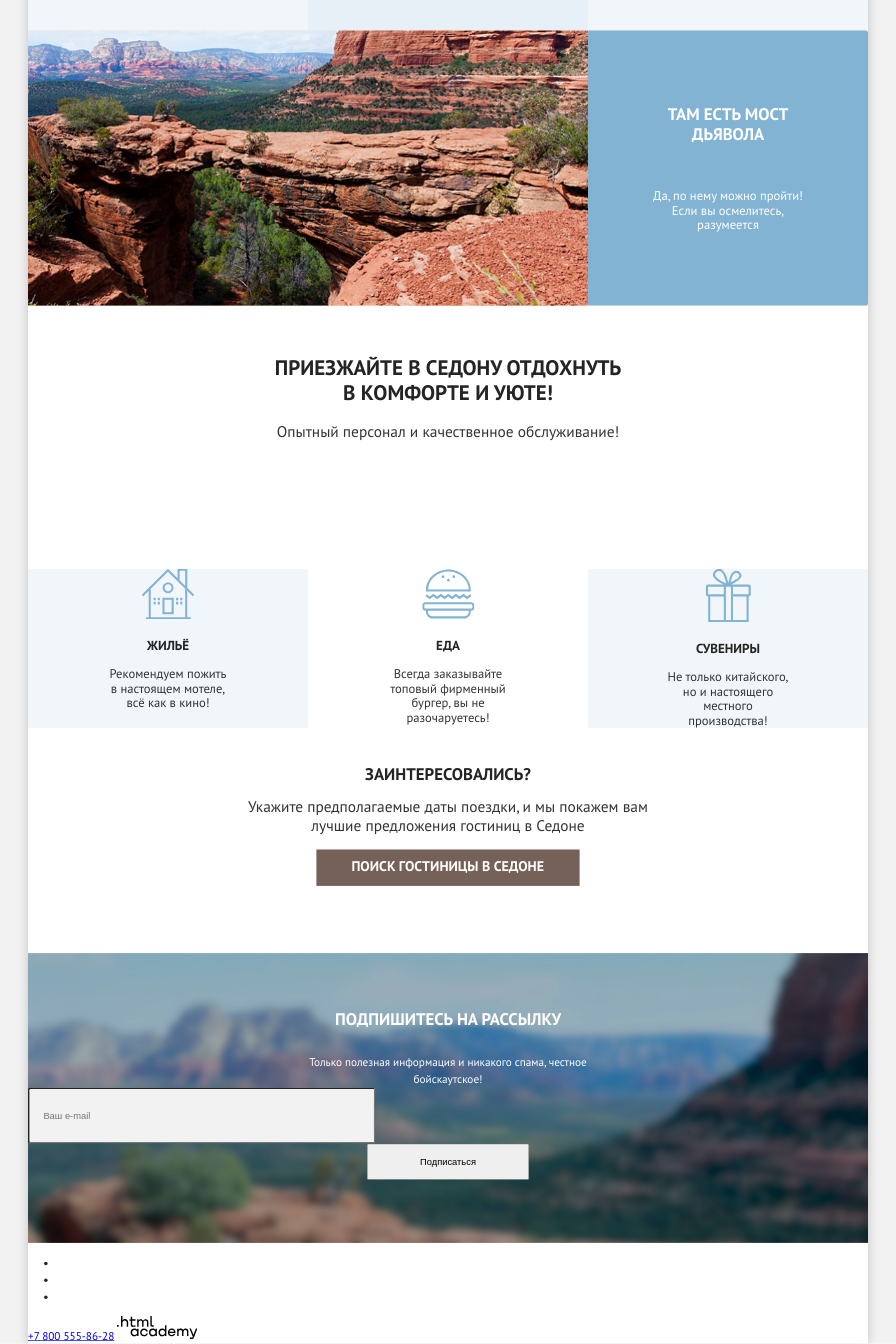
Repository: zakhgagne/2512253-sedona-1
Page: index.html
An editor plug-in stored every save of this project. The page is shown before and after the next save, followed by the edit.
The browser window is 1280 px wide. The pictures show the part of the page from y = 1551 to 3471 px (the page is 3471 px tall), at 70% of full size.

Above is the page before, as saved 2024-05-11 20:28:28.

### index.html
<!DOCTYPE html>
<html lang="ru">

  <head>
    <meta charset="utf-8">
    <title>Сайт города Седона</title>
    <link rel="stylesheet" href="styles/styles.css">
  </head>

  <body>
    <div class="container">
      <header class="header">
        <a class="logo-link" href="#">
          <img class="logo-image" src="./images/logo.svg" alt="Любимая Седона" width="" height="">
        </a>
        <nav class="navigation">
          <ul class="main-menu">
            <li class="menu-item">
              <a href="./index.html" class="menu-link">Главная</a>
            </li>
            <li class="menu-item">
              <a href="#" class="menu-link">О Седоне</a>
            </li>
            <li class="menu-item">
              <a href="./catalog.html" class="menu-link">Гостиницы</a>
            </li>
          </ul>
          <ul class="user-menu">
            <li class="user-menu-item">
              <a href="#" class="user-menu-link">
                <span class="visually-hidden">Поиск</span>
              </a>
            </li>
            <li class="user-menu-item">
              <a href="#" class="user-menu-link">
                <span class="visually-hidden">Избранное</span>
                <span class="like-number">12</span>
              </a>
            </li>
            <li class="user-menu-item">
              <a href="#" class="user-menu-link">Хочу сюда!</a>
            </li>
          </ul>
        </nav>
      </header>
      <main class="main-container">
        <h1 class="visually-hidden">Cайт города Седона</h1>
        <section class="welcome">
          <h2 class="visually-hidden">Приглашение</h2>
          <img src="./images/welcome.svg" class="welcome-image" width="" height="" alt="Welcome">
        </section>

        <section class="city">
          <h2 class="city-title">Седона — небольшой городок в Аризоне, заслуживающий большего!</h2>
          <p class="city-subtitle">Рассмотрим причины, по которым Седона круче, чем Гранд-Каньон!</p>

          <ul class="reason-list">
            <li class="reason-item reason-item-special">
              <div class="reason-container">
                <h3 class="reason-title">Настоящий городок</h3>
                <p class="reason-text">Седона — не аттракцион для туристов, там течёт своя жизнь</p>
              </div>
              <img src="./images/photo-1.jpg" class="reason-image" width="" height="">
            </li>
            <li class="reason-item">
              <div class="reason-container">
                <h3 class="reason-title">Небольшая площадь</h3>
                <p class="reason-text">Все достопримечательности находятся очень близко</p>
              </div>
            </li>
            <li class="reason-item">
              <div class="reason-container">
                <h3 class="reason-title">Красивая дорога</h3>
                <p class="reason-text">Ехать в Седону из Лас-Вегаса совсем не скучно!</p>
              </div>
            </li>
            <li class="reason-item">
              <div class="reason-container">
                <h3 class="reason-title">Мало туристов</h3>
                <p class="reason-text">Большинство едет в Гранд Каньон и толпится там</p>
              </div>
            </li>
            <li class="reason-item reason-item-special">
              <img src="./images/photo-2.jpg" class="reason-image" width="" height="">
              <div class="reason-container">
                <h3 class="reason-title">Там есть мост дьявола</h3>
                <p class="reason-text">Да, по нему можно пройти! Если вы осмелитесь, разумеется</p>
              </div>
            </li>
          </ul>
        </section>

        <section class="city-welcome">
          <h2 class="desription">Приезжайте в Седону отдохнуть в комфорте и уюте!</h2>
          <p class="simple-text">Опытный персонал и качественное обслуживание!</p>
          <div class="container-city-welcome">
            <ul class="comfort-list">
              <li class="comfort-item">
                <img src="./images/advantage-icon-home.svg" class="reason-image" width="" height="">
                <h3 class="comfort-title">Жильё</h3>
                <p class="comfort-text">Рекомендуем пожить в настоящем мотеле, всё как в кино!</p>
              </li>
              <li class="comfort-item">
                <img src="./images/advantage-icon-food.svg" class="reason-image" width="" height="">
                <h3 class="comfort-title">Еда</h3>
                <p class="comfort-text">Всегда заказывайте топовый фирменный бургер, вы не разочаруетесь!</p>
              </li>
              <li class="comfort-item">
                <img src="./images/advantage-icon-gift.svg" class="reason-image" width="" height="">
                <h3 class="comfort-title">Сувениры</h3>
                <p class="comfort-text">Не только китайского, но и настоящего местного производства!</p>
              </li>
            </ul>
          </div>
        </section>

        <section class="interest">
          <h2 class="desription">Заинтересовались?</h2>
          <p class="simple-text-interest">Укажите предполагаемые даты поездки, и мы покажем вам лучшие предложения гостиниц в
            Седоне</p>
            <div class="container-button">
          <a href="#" class="button-search-motel">ПОИСК ГОСТИНИЦЫ В седоне</a>
          </div>
        </section>

      </main>

      <footer>
        <section class="news-letter">
           <div class="container-letter">
          <h2 class="desription">Подпишитесь на рассылку</h2>
          <p class="simple-text-footer">Только полезная информация и никакого спама, честное бойскаутское!</p>
          </div>
          <form class="subscribe-form" action="https://echo.htmlacademy.ru/" method="post">
            <input class="field" placeholder="Ваш e-mail" type="email" name="distribution-email" required>
            <button class="subscribe-form-button" type="submit">Подписаться</button>
          </form>
        </section>
        <div class="footer-container">
          <section class="contacts">
            <h2 class="visually-hidden">Контакты</h2>
            <ul class="contact-list">
              <li class="contact-list-item">
                <a href="#" class="contact-list-link">
                  <p class="visually-hidden">Вконтакте</p>
                </a>
              </li>
              <li class="contact-list-item">
                <a href="#" class="contact-list-link">
                  <p class="visually-hidden">Телеграм</p>
                </a>
              </li>
              <li class="contact-list-item">
                <a href="#" class="contact-list-link">
                  <p class="visually-hidden">Ютуб</p>
                </a>
              </li>
            </ul>
            <a class="footer-contacts-address-phone" href="tel:+78005558628">+7 800 555-86-28</a>
            <a class="htmlacademy-link" href="https://htmlacademy.ru/">
              <img src="./images/logo-academy.svg" width="" height="" alt="Академия">
            </a>
          </section>
        </div>
      </footer>
    </div>
  </body>

</html>

### styles/styles.css
@font-face {
  font-family: "PT Sans";
  font-style: normal;
  font-weight: 400;
  src: url("../fonts/ptsans-400.woff2") format("woff2");
  font-display: swap;
}

@font-face {
  font-family: "PT Sans";
  font-style: normal;
  font-weight: 700;
  src: url("../fonts/ptsans-700.woff2") format("woff2");
  font-display: swap;
}


body {
  margin: 0;
  font-family: "PT Sans", "Arial", sans-serif;
  font-size: 16px;
  line-height: 24px;
  color: #242424;
  background-color: #f2f2f2;
}

.visually-hidden {
  display: none;
}

.container {
  width: 1200px;
  margin: 0 auto;
  background-color: #ffffff;
  box-shadow: 0 0 15px rgba(0, 0, 0, 0.2);
}

.header {
  background-color: #ffffff;
  position: relative;
  padding: 0 68px 0 238px;
}

.logo-link {
  position: absolute;
  top: 0;
  left: 70px;
}

.logo-image {}

.navigation {
  display: flex;
  justify-content: space-between;
}

.main-menu {
  padding: 0;
  margin: 0;
  list-style: none;
  display: flex;
  width: 500px;
  flex-wrap: wrap;
}

.menu-item {}

.menu-link {
  font-size: 20px;
  font-weight: 700;
  line-height: 24px;
  color: #000000;
  text-decoration: none;
  display: block;
  padding: 20px 16px;

}

.menu-item:nth-child(1) {
  /* background-color: red; */
}

.menu-item:nth-child(2) {
  /* background-color: blue; */
}

.menu-item:nth-child(3) {
  /* background-color: red; */
}

.user-menu {
  padding: 0;
  margin: 0;
  list-style: none;
  display: flex;
}

.welcome {
  background-color: #aec5d1;
  background-image: url("../images/white-crown.svg"), url("../images/index-background.jpg");
  background-repeat: no-repeat;
  background-position: center bottom, center top;
  background-size: 1200px 57px, cover;
  padding-top: 51px;
  padding-bottom: 82px;
  min-height: 352px;
}

.welcome-image {
  display: block;
  margin: 0 auto;
}

.city {
  text-align: center;
  padding-top: 70px;
}

.city-title {
  padding: 0;
  margin: 0 auto 24px;
  font-size: 30px;
  font-weight: 700;
  line-height: 36px;
  text-transform: uppercase;
  width: 750px;

}

.city-subtitle {
  padding: 1px;
  margin: 0 auto 87px;
  font-size: 22px;
  font-weight: 400;
  line-height: 26px;
  width: 750px;
}

.reason-list {
  display: flex;
  justify-content: space-between;
  text-align: center;
  padding: 0;
  margin: 0;
  list-style: none;
  flex-wrap: wrap;
}

.reason-item {
  display: flex;
  background-color: bisque;
}

.reason-container {
  width: 400px;
  padding-top: 106px;
  padding-bottom: 105px;
}

.reason-title {
  margin: 0 auto 63px;
  padding: 0;
  font-size: 24px;
  font-weight: 700;
  line-height: 28px;
  width: 175px;
  text-transform: uppercase;

}

.reason-text {
  padding: 0;
  margin: 0 auto;
  font-size: 18px;
  font-weight: 400;
  line-height: 21px;
  width: 231px;
}

.reason-item:nth-child(2n) {
  background-color: #f0f6fa;
}

.reason-item:nth-child(3n) {
  background-color: #e6f0f6;
}

.reason-item-special .reason-container {
  background-color: #82B3D3;
  border-radius: 0px 4px 4px 0px;
  color: #FFFFFF;

}

.comfort-list {
  display: flex;
  justify-content: space-between;
  text-align: center;
  padding: 0;
  margin: 0;
  list-style: none;
}

.comfort-item {
  width: 400px;
}

.comfort-item:nth-child(even) {
  background-color: #ffffff;
}

.comfort-item:nth-child(odd) {
  background-color: #f0f6fa;
}

.interest {
  text-align: center;
  margin: 54px auto;
  height: 214px;
  width: 592px;
}

.desription {
  padding: 0;
  margin: 0;
  text-transform: uppercase;
}

.footer-container {
  display: flex;
  margin: 0 auto;
}


.news-letter {
  background-image: url("../images/subscribe.jpg");
  background-repeat: no-repeat;
  min-height: 414px;
  text-align: center;

  /*width: 684px;*/
}

.city-welcome {
  text-align: center;
  padding-top: 70px;
}

.city-welcome .desription {
  padding: 0;
  margin: 0 auto 24px;
  font-size: 30px;
  font-weight: 700;
  line-height: 36px;
  text-transform: uppercase;
  width: 500px;
}

.simple-text {

  padding: 0;
  margin: 0 auto;
  width: 490px;
  height: 70px;

  /* Texts/Text basic */
  font-weight: 400;
  font-size: 22px;
  line-height: 26px;
  /* identical to box height, or 118% */
  /* Texts/second */
  color: #333333;
}

.container-city-welcome {

  text-align: center;
  padding-top: 140px;
}

.comfort-text {
  font-weight: 400;
  font-size: 18px;
  line-height: 21px;
  color: #333333;
  flex: none;
  order: 2;
  align-self: stretch;
  flex-grow: 0;
  width: 175px;
  margin: 0 auto;
  padding: 0;
}

.comfort-title {
  text-transform: uppercase;
}



/* Укажите предполагаемые даты поездки, и мы покажем вам лучшие предложения гостиниц в Седоне */
.simple-text-interest {
  width: 592px;
  height: 52px;
  /* Texts/Text basic */
  font-family: 'PT Sans';
  font-style: normal;
  font-weight: 400;
  font-size: 22px;
  line-height: 26px;
  /* or 118% */
  text-align: center;

  /* Texts/second */
  color: #333333;

  /* Inside auto layout */
  flex: none;
  order: 1;
  flex-grow: 0;
}

.container-button {
  /* Кнопка */
  width: 376px;
  height: 52px;
  color: #FFFFFF;
  /* Inside auto layout */
  flex: none;
  order: 1;
  flex-grow: 0;
  margin: 0 auto 0;
  padding: 0;
  padding-top: 10;
  background-color: #756157;

}

.button-search-motel {
  margin: auto;
  padding-top: 5px;
  width: 276px;
  height: 36px;

  /* Buttons/Button big */
  font-family: 'PT Sans';
  font-style: normal;
  font-weight: 700;
  font-size: 20px;
  line-height: 36px;
  /* identical to box height, or 180% */
  display: flex;
  align-items: center;
  text-align: center;
  text-transform: uppercase;
  text-decoration: none;
  /* Texts/background/deafault */
  color: #FFFFFF;


  /* Inside auto layout */
  flex: none;
  order: 0;
  flex-grow: 0;
}

.container-letter {
  /* Frame 29 */

  /* Auto layout */
  display: flex;
  flex-direction: column;
  align-items: center;
  padding: 0 px;
  gap: 20px;

  width: 475px;
  height: 108.86px;


  /* Inside auto layout */
  flex: none;
  order: 0;
  flex-grow: 0;
  color: #FFFFFF;
  margin: 0 auto 0;
  padding-top: 83px;
}

.field {
  /* Auto layout */
  display: flex;
  flex-direction: row;
  align-items: center;
  padding: 12px 20px;
  gap: 260px;

  width: 452px;
  height: 52px;

  /* basic/light */
  background: #F2F2F2;
  border-radius: 4px 0px 0px 4px;

  /* Inside auto layout */
  flex: none;
  order: 0;
  align-self: stretch;
  flex-grow: 1;
}

.subscribe-form-button {

  /* Кнопка */

  width: 232px;
  height: 52px;


  /* Inside auto layout */
  flex: none;
  order: 1;
  flex-grow: 0;

}

After the next save:
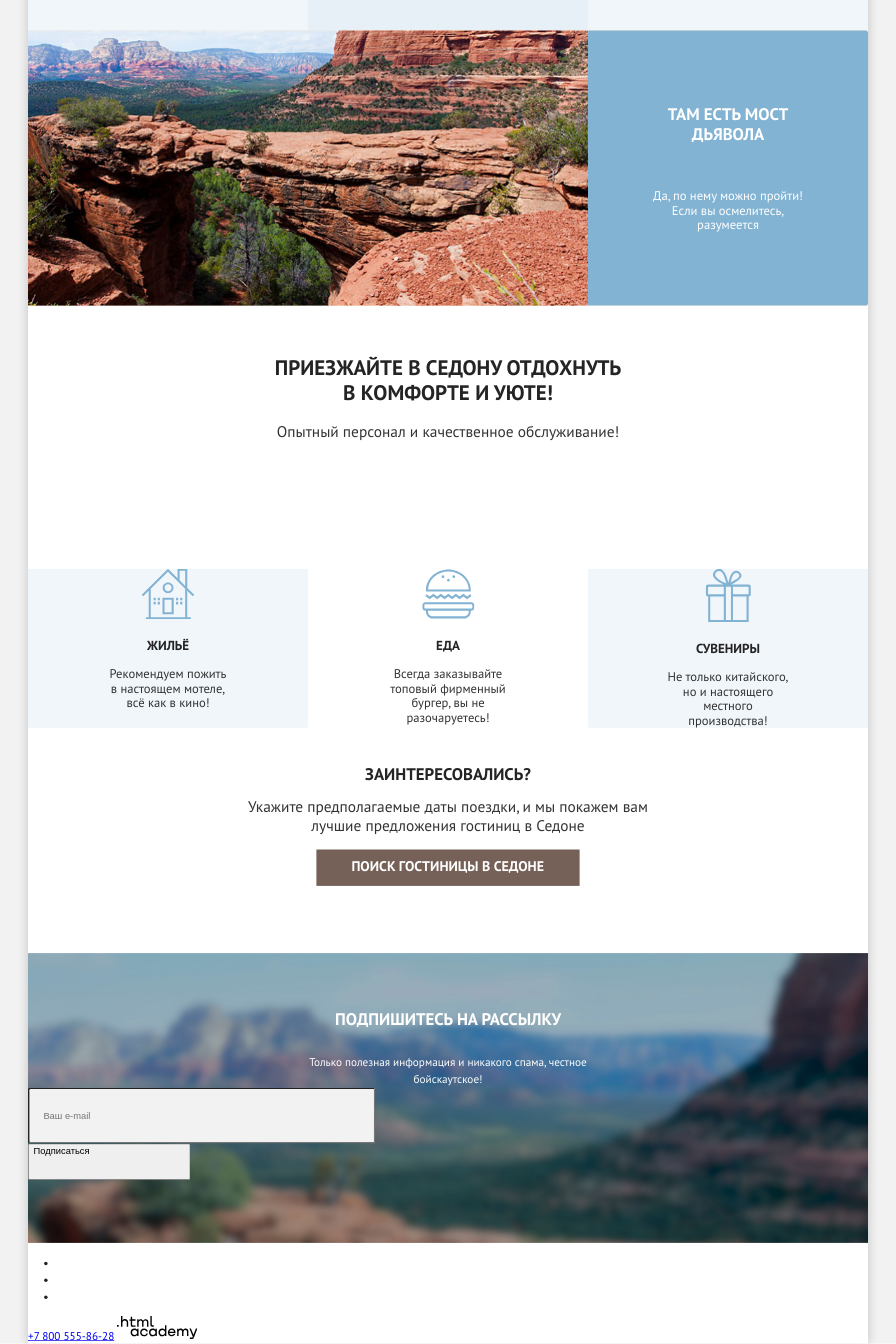
Saved 112 s later.
--- a/styles/styles.css
+++ b/styles/styles.css
@@ -412,13 +412,11 @@ body {
 .subscribe-form-button {
 
   /* Кнопка */
-
+  display: flex;
+  flex-direction: row;
   width: 232px;
   height: 52px;
-
-
-  /* Inside auto layout */
-  flex: none;
+  /* Inside auto layout */
   order: 1;
   flex-grow: 0;
 
